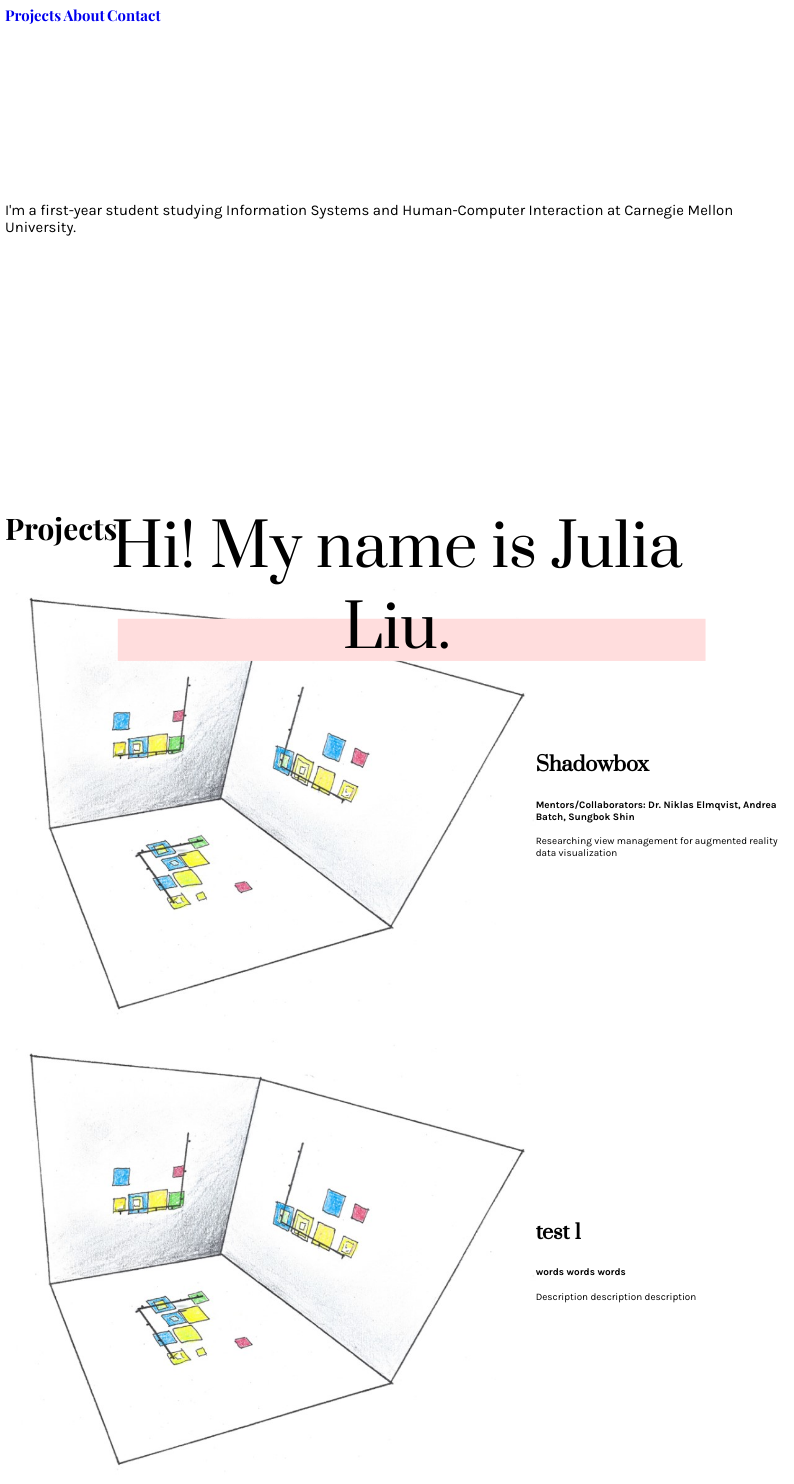
Repository: liu-julia/liu-julia.github.io
Page: index.html
The author's editor kept a copy of each file at every save. The page is drawn from the files as they stood at one save, then again after a run of saves.
The browser window is 1280 px wide. The pictures show the whole page, at 62% of full size.

Above is the page before, as saved 2022-04-26 22:39:07.

### index.html
<!DOCTYPE html>
<html lang="en">
<head>
    <meta charset="UTF-8">
    <meta http-equiv="X-UA-Compatible" content="IE=edge">
    <meta name="viewport" content="width=device-width, initial-scale=1.0">
    <link rel="preconnect" href="https://fonts.googleapis.com">
    <link rel="preconnect" href="https://fonts.gstatic.com" crossorigin>
    <link href="https://fonts.googleapis.com/css2?family=Karla:wght@300;400;700&family=Open+Sans:wght@300;400;700&family=Playfair+Display:wght@400;700&family=Prata&display=swap" rel="stylesheet">
    <link rel="stylesheet" href="css/styles.css">
    <link rel="icon" href="images/jllogo.png">
    <title>Julia Liu</title>
</head>
<body>
    <header>
        <a href="index.html">Projects</a>
        <a href="about.html">About</a>
        <a href="contact.html">Contact</a>
    </header>
    <div id="content">
        <div id="top">
            <h1 class="highlighted">Hi! My name is Julia Liu.</h1>
            <p id="head_desc">I'm a first-year student studying Information Systems and Human-Computer Interaction at Carnegie Mellon University.</p>
        </div>
        <br>
        <h2>Projects</h2>
        <div class="project">
            <img src="images/shadowbox.jpg" alt="Shadowbox">
            <div class="project-text">
                <h3>Shadowbox</h3>
                <h4>Mentors/Collaborators: Dr. Niklas Elmqvist, Andrea Batch, Sungbok Shin</h4>
                <p>Researching view management for augmented reality data visualization</p>
            </div>
        </div>
        <div class="project">
            <img src="images/shadowbox.jpg" alt="Shadowbox">
            <div class="project-text">
                <h3>test 1</h3>
                <h4>words words words</h4>
                <p>Description description description</p>
            </div>
        </div>
    </div>
</body>
</html>

### css/styles.css
:root {
    font-family: 'Karla', sans-serif;
}
html {
    height: 100%;
}
body {
    height: 100%;
}
#content {
    height: 100%;
}
h1 {
    font-family: 'Prata', serif;
    font-weight: 400;
    font-size: 6em;
}
#top {
    height: 100%;
}
h1{
    transform: translate(0, 300%);
    position: relative;
    display: flex;
    text-align: center;
    margin: auto;
    width: 75%;
}
.highlighted::before {
    content: "";
    position: absolute;
    width: 100%;
    background: #ffdddd;
    left: .25em;
    bottom: .15em;
    height: .7em;
    z-index: -1;
}
h2 {
    font-family: 'Playfair Display', serif;
    font-size: 3em;
}
h3 {
    font-family: 'Prata', serif;
    font-size: 2em;
}
a {
    font-family: 'Playfair Display', serif;
    font-size: 1.5em;
    font-weight: 700;
    text-decoration: none;
}
#head_desc {
    font-size: 1.5em;
    font-weight: 400;
}
.project {
    display: flex;
    align-items: center;
}

After the next 2 saves:
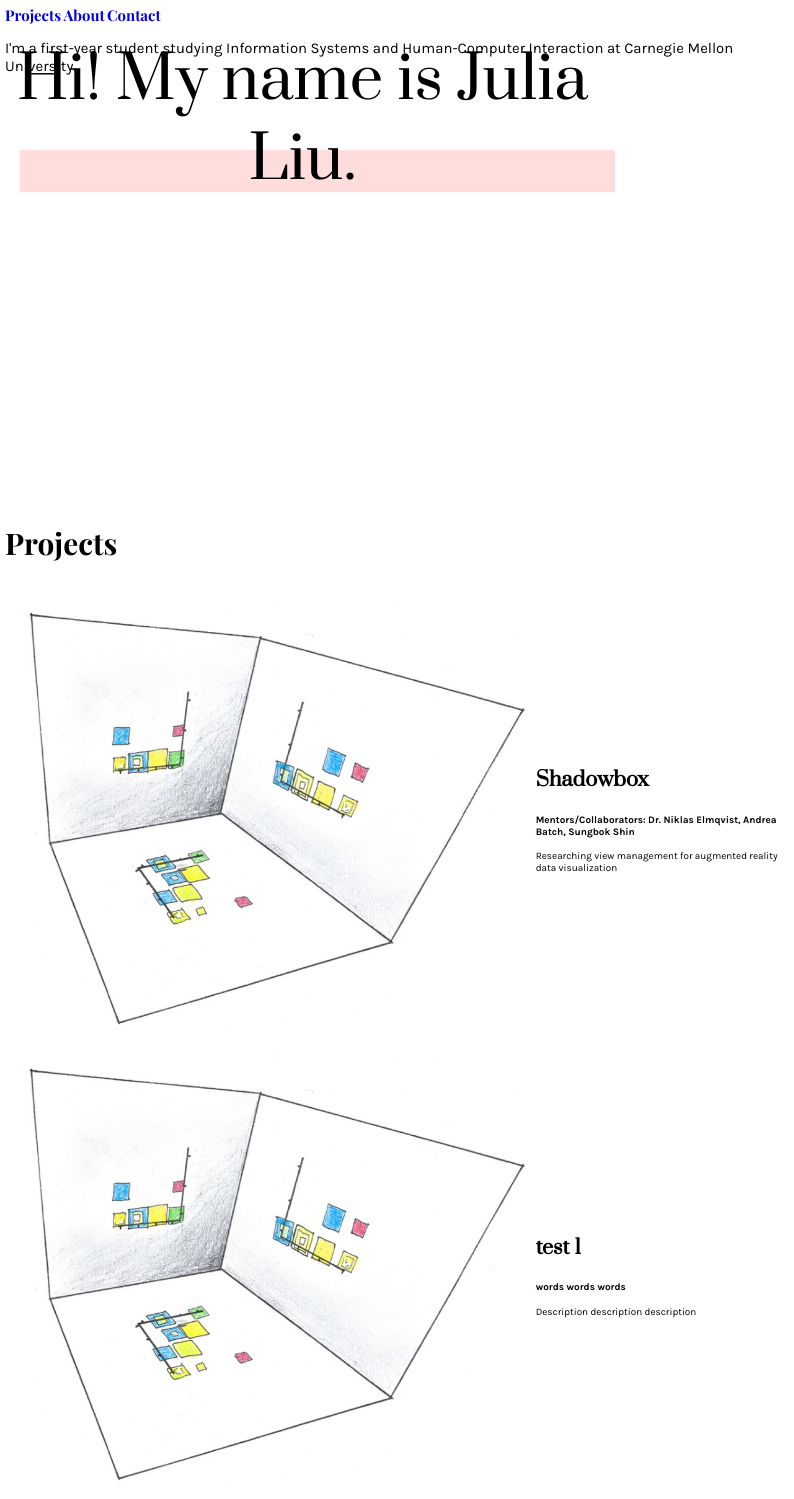
The 2 saves are shown as one change because they came seconds apart.
The last was saved 54 s later.
--- a/css/styles.css
+++ b/css/styles.css
@@ -19,8 +19,7 @@ h1 {
     height: 100%;
 }
 h1{
-    transform: translate(0, 300%);
-    position: relative;
+    position: absolute;
     display: flex;
     text-align: center;
     margin: auto;
